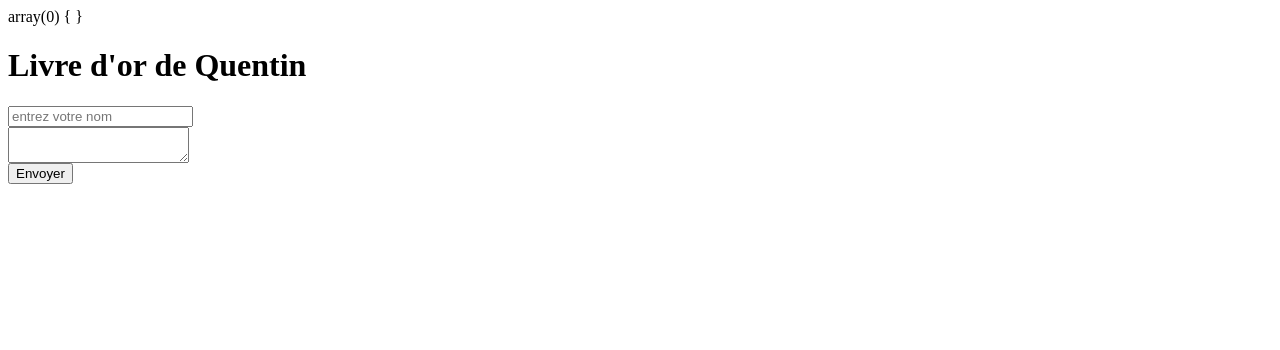
Repository: QuentinFayt/base-php-2021
Page: http://localhost/09-exemple-db.php
The author's editor kept a copy of each file at every save. The page is drawn from the files as they stood at one save, then again after the next save.
The browser window is 1280 px wide. The pictures show the whole page.
The page is run by PHP 8.4 with error messages shown; the project is at /var/www/html/.

Above is the page before, as saved 2021-07-09 11:25:53.

After the next save:
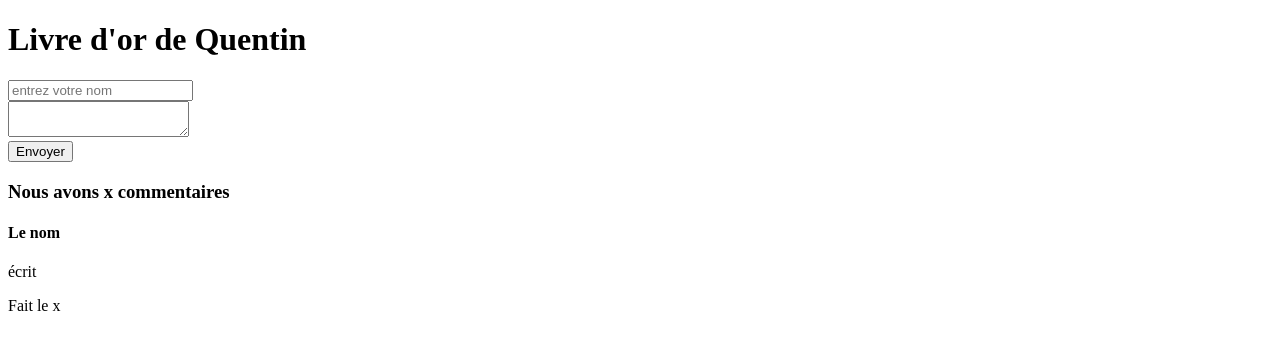
Saved 23 min 30 s later.
--- a/09-exemple-db.php
+++ b/09-exemple-db.php
@@ -1,5 +1,6 @@
 <?php
-    var_dump($_POST);
+    /* var_dump($_POST); */
+
 ?>
 <!DOCTYPE html>
 <html lang="en">
@@ -20,5 +21,9 @@
             <br/>
             <input type="submit" value="Envoyer"/>
         </form>
+        <h3>Nous avons x commentaires</h3>
+        <h4>Le nom </h4>
+        <p>écrit</p>
+        <p>Fait le x</p></hr>
     </body>
 </html>
